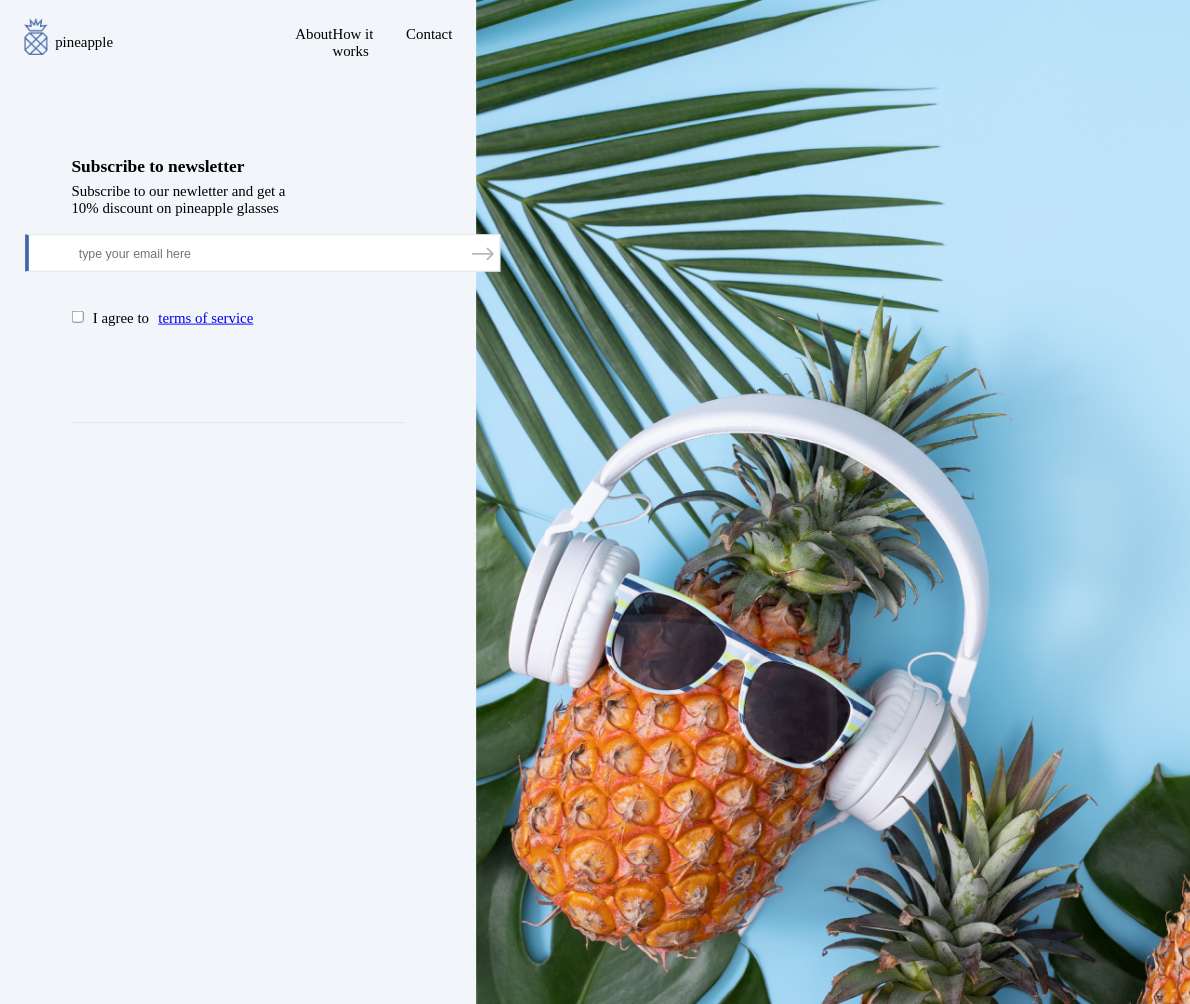
Repository: PaulsBebris/megabit-task
Page: /
An editor plug-in stored every save of this project. The page is shown before and after the next save, followed by the edit.
The browser window is 1280 px wide. The pictures show the whole page, at 93% of full size.
The project was rebuilt for these pictures with package versions that can differ from the ones it lists, and the page was loaded fresh each time.

Above is the page before, as saved 2021-04-19 15:07:22.

After the next save:
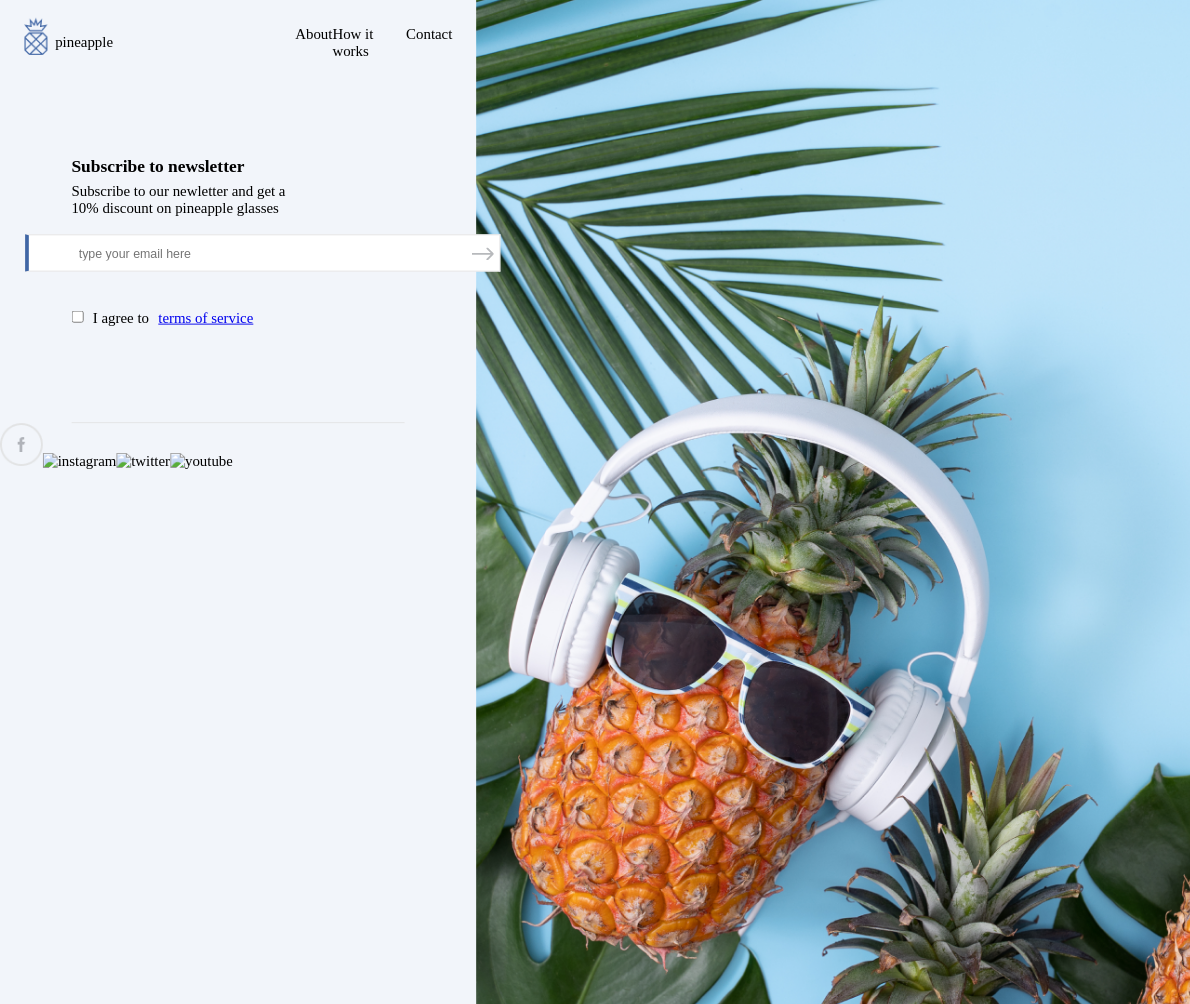
Saved 105 s later.
--- a/src/views/Home.vue
+++ b/src/views/Home.vue
@@ -32,7 +32,12 @@
       <div class="separator">
         <div class="separator-line"></div>
       </div>
-      <div class="social-wrapper"></div>
+      <div class="social-wrapper">
+        <img src="../assets/img/Facebook.png" alt="facebook">
+        <img src="" alt="instagram">
+        <img src="" alt="twitter">
+        <img src="" alt="youtube">
+      </div>
     </div>
     <div class="base-image">
       <img :src=sommer alt="">
